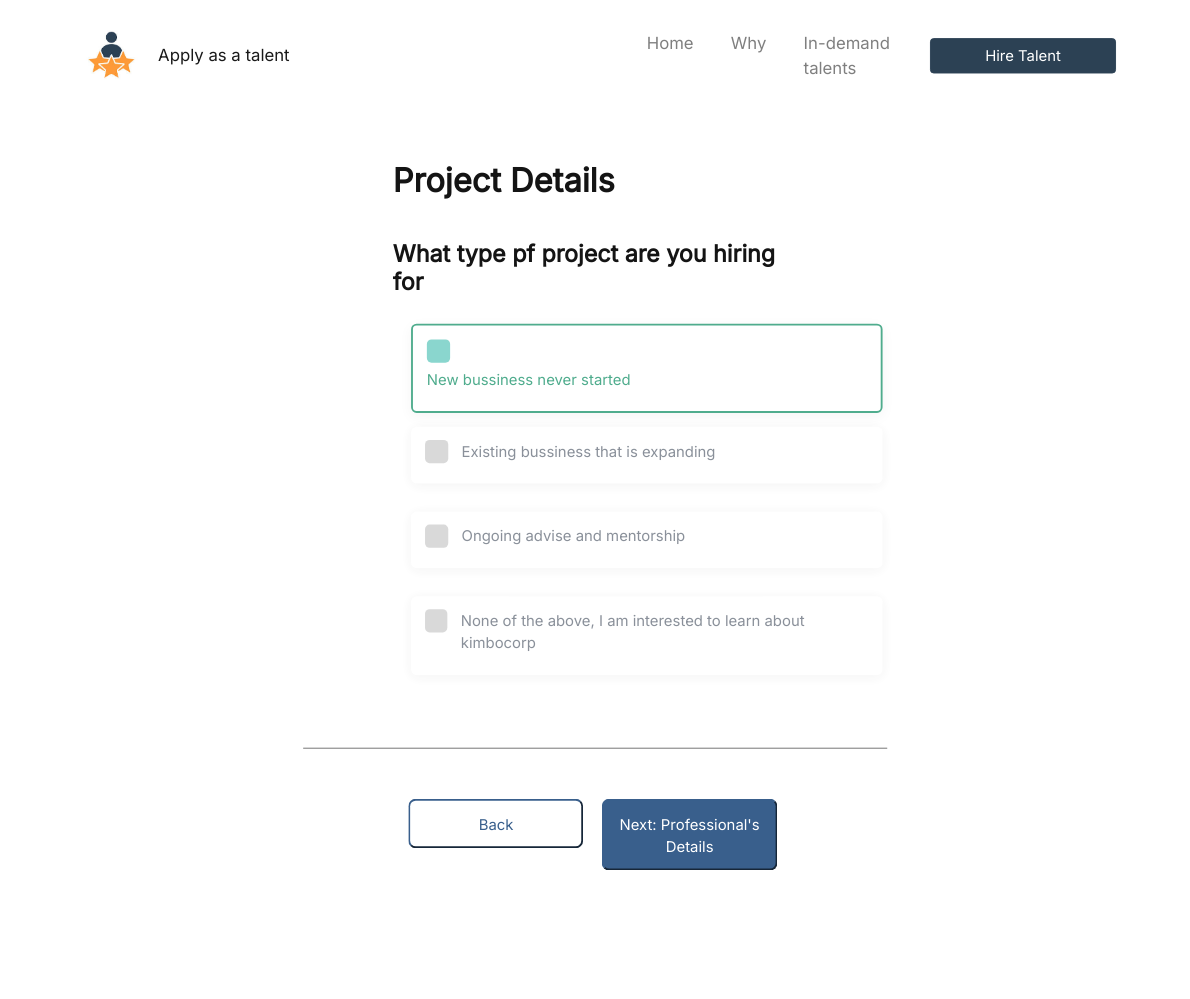
Repository: Ashwe9/talent-hire-reactJs
Page: /projectdetails, after clicking the first element matching `#detail_1`
An editor plug-in stored every save of this project. The page is shown before and after the next save, followed by the edit.
The browser window is 1280 px wide. The pictures show the whole page, at 93% of full size.
The first `input[type=checkbox]` is checked.
The project was rebuilt for these pictures with package versions that can differ from the ones it lists, and the page was loaded fresh each time. Also part of the build but not shown: src/homePage/components/TrustedBy/TrustedBy.css, src/homePage/components/TrustedBy/TrustedBy.js, src/homePage/components/Roles/Roles.js, src/homePage/components/homePageFooter/HomePageFooter.css, src/homePage/components/homePageFooter/HomePageFooter.js, src/homePage/HomePage.js, src/kpisPage/Header.js, src/kpisPage/DropDown.css and 4 more.

Above is the page before, as saved 2022-08-20 13:30:57.

### public/index.html
<!DOCTYPE html>
<html lang="en">
  <head>
    <meta charset="utf-8" />
    <link rel="icon" href="%PUBLIC_URL%/favicon.ico" />
    <meta name="viewport" content="width=device-width, initial-scale=1" />
    <meta name="theme-color" content="#000000" />
    <meta
      name="description"
      content="Web site created using create-react-app"
    />
    <link rel="apple-touch-icon" href="%PUBLIC_URL%/logo192.png" />
    <link rel="manifest" href="%PUBLIC_URL%/manifest.json" />
    <link rel="stylesheet" href="https://stackpath.bootstrapcdn.com/bootstrap/4.4.1/css/bootstrap.min.css" integrity="sha384-Vkoo8x4CGsO3+Hhxv8T/Q5PaXtkKtu6ug5TOeNV6gBiFeWPGFN9MuhOf23Q9Ifjh" crossorigin="anonymous">
    <link href='https://fonts.googleapis.com/css?family=Inter' rel='stylesheet'>

    <title>App</title>
  </head>
  <body>
    <noscript>You need to enable JavaScript to run this app.</noscript>
    <div id="root"></div>
    <script src="https://code.jquery.com/jquery-3.4.1.slim.min.js" integrity="sha384-J6qa4849blE2+poT4WnyKhv5vZF5SrPo0iEjwBvKU7imGFAV0wwj1yYfoRSJoZ+n" crossorigin="anonymous"></script>
    <script src="https://cdn.jsdelivr.net/npm/popper.js@1.16.0/dist/umd/popper.min.js" integrity="sha384-Q6E9RHvbIyZFJoft+2mJbHaEWldlvI9IOYy5n3zV9zzTtmI3UksdQRVvoxMfooAo" crossorigin="anonymous"></script>
    <script src="https://stackpath.bootstrapcdn.com/bootstrap/4.4.1/js/bootstrap.min.js" integrity="sha384-wfSDF2E50Y2D1uUdj0O3uMBJnjuUD4Ih7YwaYd1iqfktj0Uod8GCExl3Og8ifwB6" crossorigin="anonymous"></script>  </body>
</html>

### src/App.js
import React from 'react'
import { BrowserRouter as Router, Route, Routes, Navigate } from 'react-router-dom';
import { HomePage } from './homePage/HomePage';
import KPISPage from './kpisPage/KPISPage';
import ProjectDetails from './projectDetails/ProjectDetails';
import ProfessionalDetails from './professionalDetails/ProfessionalDetails';

function App() {
  return (
    <Router>
      <Routes>
        <Route exact path="*" element={<Navigate to="/" replace />}/>
        <Route exact path="/" element={<HomePage />} />
        <Route exact path="/kpis" element={<KPISPage />} />
        <Route exact path="/projectdetails" element={<ProjectDetails />} />
        <Route exact path="/professionaldetails" element={<ProfessionalDetails />} />

      </Routes>
    </Router>
  );
}

export default App;

### src/projectDetails/ProjectDetails.js

import React from 'react'
import { Footer } from '../shared-components/Footer/Footer'
import { Navbar } from '../shared-components/Navbar/Navbar'
import Details from './Details'
import Header from './Header'

const ProjectDetails = () => {
  return (
    <div>
      <Navbar />
      <Header />
      <Details />
      <Footer nextTitle="Next: Professional's Details" nextPath="/professionaldetails" previousPath="/kpis"/>
    </div>
  )
}

export default ProjectDetails

### src/shared-components/Navbar/Navbar.js
import React from 'react'
import './Navbar.css'
import { Navigate, useNavigate } from 'react-router-dom'

export const Navbar = () => {
  let navigate = useNavigate();

  return (
    <nav className="navbar navbar-expand-lg navbar-light">
      <img src= {require('../../assets/icon.png')} className="icon"/>
      <a className="navbar-brand title" href="#">Apply as a talent</a>
      <button className="navbar-toggler" type="button" data-toggle="collapse" data-target="#navbarText" aria-controls="navbarText" aria-expanded="false" aria-label="Toggle navigation">
        <span className="navbar-toggler-icon"></span>
      </button>
      <div className="collapse navbar-collapse" id="navbarText">
        <ul className="navbar-nav mr-auto">
          <li className="nav-item">
            <a className="nav-link" href="" onClick={() => {
                navigate('/', { replace: true });
              } }>Home</a>
          </li>

          <li className="nav-item">
            <a className="nav-link" href="#">Why</a>
          </li>
          <li className="nav-item">
            <a className="nav-link" href="#">In-demand talents</a>
          </li>
        </ul>
        <span className="navbar-text">
          <button className='btn btn-dark navbar-btn'>Hire Talent</button>
        </span>
      </div>
    </nav>
  )
}

### src/shared-components/Footer/Footer.js
import React from 'react'
import './Footer.css'
import { useNavigate  } from 'react-router-dom'


export  const Footer = ({nextTitle, nextPath, previousPath}) => {

  let navigate = useNavigate();

  const goNext = () => {
    let path =  nextPath;
    navigate(path);
  };
  const goBack = () => {
    let path =  previousPath;
    navigate(path);
  };

  return (
      <footer>
        <div className='Footer-box'>
            <hr id="footer-line"/>
            <div className='buttons'>
              <button className='Footer-button-back'
              onClick={goBack}
                >Back</button>

              <button className='Footer-button-next'
              onClick={goNext}
                >{nextTitle}</button>
        </div>
        </div>
      </footer>
    )
  }

### src/projectDetails/Details.js
import React from 'react'
import './Details.css'

 import { useState } from 'react'

const Details = () => {

  const [checked_1, setChecked_1] = useState(false)
  const [checked_2, setChecked_2] = useState(false)
  const [checked_3, setChecked_3] = useState(false)
  const [checked_4, setChecked_4] = useState(false)
  const [checked_5, setChecked_5] = useState(false)
  const handle_1 = () =>{
    setChecked_1(!checked_1)
  }
  const handle_2 = () =>{
    setChecked_2(!checked_2)
  }
  const handle_3 = () =>{
    setChecked_3(!checked_3)
  }
  const handle_4 = () =>{
    setChecked_4(!checked_4)
  }
  const handle_5 = () =>{
    setChecked_5(!checked_5)
  }

  return (
      <div className='details-box'>
        <form className='check-form'>
            <div className={` ${checked_1 ? "detail-item-active" : "detail-item"}`}>
              <input type="checkbox" id="detail_1" name="detail_1" className='detail-check' onClick={handle_1}/>
              <label className={`${checked_1 ? "detail-item-paragraph-active" : "detail-item-paragraph"}`}>New bussiness never started</label>
            </div>
            <div className={` ${checked_2 ? "detail-item-active" : "detail-item"}`}>
              <input type="checkbox" id="detail_2" name="detail_2"  className='detail-check' onClick={handle_2}/>
              <label className={`${checked_2 ? "detail-item-paragraph-active" : "detail-item-paragraph"}`}>Existing bussiness that is expanding</label>
            </div>
            <div className={` ${checked_3 ? "detail-item-active" : "detail-item"}`}>
              <input type="checkbox" id="detail_3" name="detail_3" className='detail-check' onClick={handle_3}/>
              <label className={`${checked_3 ? "detail-item-paragraph-active" : "detail-item-paragraph"}`}>Ongoing advise and mentorship</label>
            </div>
            <div className={` ${checked_4 ? "detail-item-active" : "detail-item"}`}>
              <input type="checkbox" id="detail_4" name="detail_4" className='detail-check' onClick={handle_4}/>
              <label className={`${checked_4 ? "detail-item-paragraph-active" : "detail-item-paragraph"}`}>None of the above, I am interested to learn about kimbocorp</label>
            </div>
        </form>
      </div>

    )
}

export default Details

### src/projectDetails/Header.js
import React from 'react'
import './Header.css'


const Header = () => {
  return (
    <div className='headers-box'>
        <p className='header'>
            Project Details
        </p>
        <p className='header-by-title'>
            What type pf project are you hiring for
        </p>

    </div>
  )
}

export default Header

### src/shared-components/Navbar/Navbar.css
.icon{
    width: 80px;
}

.title{
    font-family: "Inter";
    font-style: normal;
    font-weight: 500;
    font-size: 18px;
    line-height: 28px;
    align-items: center;
    color: #444444;
    padding-left: 10px;
}

#navbarText{
    margin-left: 30%;
}
.navbar-items{
    margin: 0 35%;

}

.nav-item{
    font-family: "Inter";
    font-style: normal;
    font-weight: 500;
    font-size: 18px;
    align-items: center;
    color: #444444;
    padding-left: 24px;
}

.navbar-btn{
    font-family: "Inter";
    font-style: bold;
    background: #2c4154;
    /* padding: 5px 50px; */
    border-color: #2c4154;
    width: 200px;
}

.navbar{
    margin: 10px 5%;
}

@media only screen and (max-width: 600px) {
    body {
      background-color: lightblue;
    }
  }

### src/homePage/components/Roles/Roles.css
.roles-box{
    margin: 10px 10%;
    padding: 0px 10%;
    margin-top: 7%;
}

.role-item-active{
    background: #FFFFFF;
    border: 1px solid #395F8C;
    box-sizing: border-box;
    box-shadow: 0px 4px 14px 1px rgba(0, 0, 0, 0.04);
    border-radius: 6px;
    display: flex;
    padding: 2%;
    margin: 2%;
}

.role-item{
    opacity: 0.8;
    background: #FFFFFF;
    border: 0.2px solid #8692A6;
    box-sizing: border-box;
    box-shadow: 0px 2px 14px 1px rgba(0, 0, 0, 0.06);
    border-radius: 6px;
    display: flex;
    padding: 2%;
    margin: 2%;
}


.role-check{
    margin-right: 3%;
    width: 35px;
    height: 35px;
    align-self: center;
    background-color: #395F8C;
}

.role-item-paragraph-active{
    font-family: "Inter";
    font-style: normal;
    font-weight: normal;
    font-size: 16px;
    display: flex;
    align-items: center;

    color: #395F8C;
}

.role-item-paragraph{
    font-family: "Inter";
    font-style: normal;
    font-weight: normal;
    font-size: 16px;
    display: flex;
    align-items: center;
    opacity: 0.8;
    color: #8692A6;
}

.roles-question{
    color:#395f8c;
    font-family: "Inter";
    font-style: normal;
    font-weight: 400;
    font-size: 20px;
    text-decoration-line: underline;
    text-underline-position: under;
}

@media only screen and (max-width: 700px) {
    h2{
        font-size: 20px;
    }
    .role-item-paragraph-active{
        font-size: 10px;
    }

    .role-item-paragraph{
        font-size: 10px;
    }
    .roles-question{
        font-size: 14px;
    }

  }
@media only screen and (max-width: 450px) {
    h2{
        font-size: 14px;
    }
    .role-item-paragraph-active{
        font-size: 8px;
    }

    .role-item-paragraph{
        font-size: 8px;
    }
    .roles-question{
        font-size: 10px;
    }
}

input[type="checkbox"] { /* change "blue" browser chrome to yellow */
    filter: invert(20%) hue-rotate(15deg) brightness(1.4);
  }

### src/kpisPage/Header.css
.header-box{
    margin: 30px 30%;
    padding: 3%;
    padding-bottom: 0%;
    align-items: center;
    width: 35%;
}

.header-by-title{
    font-family: "Inter";
    font-style: bolder;
    font-weight: 700;
    font-size: 25px;
    line-height: 30px;
    align-items: center;
    color: #141414;
}


@media only screen and (max-width: 700px) {

    .header-by-title{
        font-size: 16px;
    }

    .header-box{
        margin-left: 40px;
        width: 100%;
    }
  }
@media only screen and (max-width: 450px) {
    .header-by-title{
        font-size: 13px;
    }
    .header-box{
        margin-left: 70px;
        width: 100%;
    }
}

### src/shared-components/Footer/Footer.css
#footer-line{
    background-color: gray;
    width: 50%;
}

.Footer-box{
    margin-top: 50px;
    padding: 1%;
}

.buttons{
    display: flex;
}

.Footer-button-back{
    margin-top: 3%;
    /* margin-left: 30%; */
    font-family: "Inter";
    font-style: normal;
    padding: 1% 1%;
    background-color: white;
    border-color: #395f8c;
    color: #395f8c;
    height: 10%;
    width: 15%;
    border-radius: 0.5rem;
    margin-left: 34%;
    margin-bottom: 10%;
}
.Footer-button-next{
    margin-top: 3%;
    /* margin-left: 30%; */
    font-family: "Inter";
    background: #395f8c;
    border-color: #395f8c;
    padding: 1% 1%;
    height: 10%;
    width: 15%;
    border-radius: 0.5rem;
    margin-bottom: 10%;
    margin-left: 20px;
    color: white;
}

@media only screen and (max-width: 700px) {
    #footer-line{
        background-color: gray;
        width: 80%;
    }
    .Footer-button-next{
        padding: 2% ;
        height: 10%;
        width: fit-content;
        margin-left: 5%;
        font-size: 12px;
    }
    .Footer-button-back{
        padding: 2% ;
        height: 10%;
        width: 20%;
        margin-left: 20%;
        font-size: 12px;
    }
}

### src/projectDetails/Details.css
.details-box{
    padding: 0px 10%;
    margin-left: 300px;
}

.detail-item-active{
    background: #FFFFFF;
    border: 2px solid #4fac8d;
    box-sizing: border-box;
    box-shadow: 0px 4px 14px 1px rgba(0, 0, 0, 0.04);
    border-radius: 6px;
    padding: 2%;
    margin: 2%;
    width: 70%;
}

.detail-item{
    opacity: 0.8;
    background: #FFFFFF;
    box-sizing: border-box;
    box-shadow: 0px 2px 14px 1px rgba(0, 0, 0, 0.06);
    border-radius: 6px;
    display: flex;
    padding: 2%;
    margin: 2%;
    width: 70%;
    margin-bottom: 30px;
}

input[type="checkbox"] {
    -webkit-appearance: none;
    -moz-appearance: none;
    appearance:none;
    margin-right: 3%;
    /* Styling checkbox */
    width: 25px;
    height: 25px;
    background-color: rgba(128, 128, 128, 0.611);
    border-radius: 5px;
  }
/*.detail-check{
    margin-right: 3%;
    width: 25px;
    height: 25px;
    align-self: center;
    background-color: #4fac8d;
}*/
input[type="checkbox"]:checked {
    background-color: #4fac8d;
  }

.detail-item-paragraph-active{
    font-family: "Inter";
    font-style: normal;
    font-weight: normal;
    font-size: 16px;
    display: flex;
    align-items: center;
    color: #4fac8d;
}

.detail-item-paragraph{
    font-family: "Inter";
    font-style: normal;
    font-weight: normal;
    font-size: 16px;
    display: flex;
    align-items: center;
    opacity: 0.8;
    color: #495362;
}


@media only screen and (max-width: 700px) {
    h2{
        font-size: 20px;
    }
    .detail-item-paragraph-active{
        font-size: 10px;
    }

    .detail-item-paragraph{
        font-size: 10px;
    }
    .details-question{
        font-size: 14px;
    }

  }
@media only screen and (max-width: 450px) {
    h2{
        font-size: 14px;
    }
    .detail-item-paragraph-active{
        font-size: 8px;
    }

    .detail-item-paragraph{
        font-size: 8px;
    }
    .details-question{
        font-size: 10px;
    }
}

input[type="checkbox"] { /* change "blue" browser chrome to yellow */
    filter: invert(20%) hue-rotate(15deg) brightness(1.4);
  }

### src/projectDetails/Header.css
.headers-box{
    margin: 30px 30%;
    padding: 3%;
    padding-bottom: 0%;
    align-items: center;
    width: 40%;
}

.header{
    font-family: "Inter";
    font-style: bolder;
    font-weight: 600;
    font-size: 35px;
    line-height: 30px;
    align-items: center;
    color: #141414;
    margin-bottom: 50px;
}

.header-by-title{
    font-family: "Inter";
    font-style: bolder;
    font-weight: 700;
    font-size: 25px;
    line-height: 30px;
    align-items: center;
    color: #141414;
}


@media only screen and (max-width: 700px) {

    .header-by-title{
        font-size: 16px;
    }

    .header-box{
        margin-left: 40px;
        width: 100%;
    }
  }
@media only screen and (max-width: 450px) {
    .header-by-title{
        font-size: 13px;
    }
    .header-box{
        margin-left: 70px;
        width: 100%;
    }
}

### src/kpisPage/Talents.css
.talents-box{
    margin-left: 515px;
}

.talent-item-active{
    background: #FFFFFF;
    border: 1px solid #395F8C;
    box-sizing: border-box;
    box-shadow: 0px 4px 14px 1px rgba(0, 0, 0, 0.04);
    border-radius: 6px;
    display: flex;
    padding: 10px;
    padding-right: 32px;
    width: fit-content;
    margin-right: 10px;
}

#icons{
    color: #395F8C;
    position:absolute;
    margin-top: 5px;
    margin-left: 15px;
    margin-right: 5px;
}

.talent-item{
    opacity: 0.8;
    background: #f0f0f0;
    border: 0.2px solid #f0f0f0;
    box-sizing: border-box;
    box-shadow: 0px 2px 14px 1px rgba(0, 0, 0, 0.06);
    border-radius: 6px;
    display: flex;
    padding: 10px;
    padding-right: 32px;
    width: fit-content;
    margin-right: 10px;
}


.talent-item-paragraph-active{
    font-family: "Inter";
    font-style: normal;
    font-weight: bolder;
    font-size: 16px;
    display: flex;
    align-items: center;
    color: #395f8c;
}

.talent-item-paragraph{
    font-family: "Inter";
    font-style: normal;
    font-weight: normal;
    font-size: 16px;
    display: flex;
    align-items: center;
    opacity: 0.8;
    color: #6d7686;
}


@media only screen and (max-width: 700px) {
    .talent-item-paragraph-active{
        font-size: 10px;
    }

    .talent-item-paragraph{
        font-size: 10px;
        font-weight: bold;
    }

    .talents-box{
        margin-left: 80px;
    }

    .talent-item{
        opacity: 0.8;
        background: #f0f0f0;
        box-sizing: border-box;
        display: flex;
        width: fit-content;
        margin-bottom: 5px;
    }

    .talent-item-active{
        opacity: 0.8;
        background: #f0f0f0;
        box-sizing: border-box;
        display: flex;
        width: fit-content;
    }

    #icons{
        color: #395F8C;
        position:absolute;
        margin-top: 2px;
        margin-left: 2px;
        margin-right: 0.5px;
    }
  }
@media only screen and (max-width: 450px) {
    .talent-item-paragraph-active{
        font-size: 8px;
    }

    .talent-item-paragraph{
        font-size: 8px;
    }
    .talents-box{
        margin-left: 110px;
    }

    .talent-item{
        opacity: 0.8;
        background: #f0f0f0;
        box-sizing: border-box;
        display: flex;
        width: fit-content;
    }

    .talent-item-active{
        opacity: 0.8;
        background: #f0f0f0;
        box-sizing: border-box;
        display: flex;
        width: fit-content;
    }
}

input[type="checkbox"] { /* change "blue" browser chrome to yellow */
    filter: invert(20%) hue-rotate(15deg) brightness(1.4);
  }

Loaded but not shown: src/index.js (common file); src/reportWebVitals.js (common file); src/index.css (no stored copy; drawn as an empty file); src/kpisPage/KPISPage.css (no stored copy; drawn as an empty file); src/professionalDetails/ProfessionalDetails.css (no stored copy; drawn as an empty file)

After the next save:
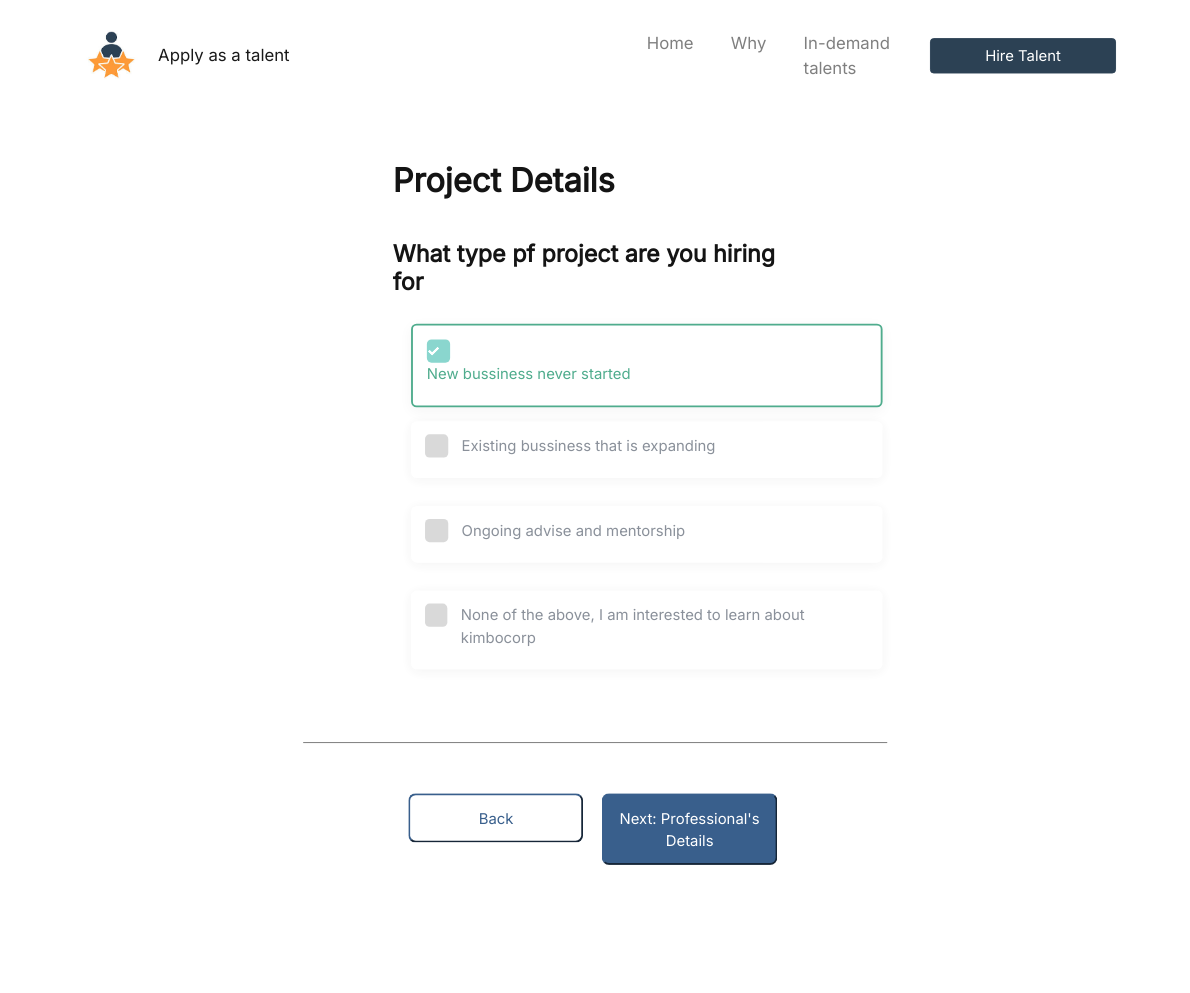
Saved 36 s later.
--- a/src/projectDetails/Details.css
+++ b/src/projectDetails/Details.css
@@ -48,6 +48,13 @@ input[type="checkbox"] {
 input[type="checkbox"]:checked {
     background-color: #4fac8d;
   }
+
+input[type=checkbox]:checked:before {
+    content:"\2713";
+    color: white;
+    padding: initial;
+    font-weight: bold;
+ }
 
 .detail-item-paragraph-active{
     font-family: "Inter";
